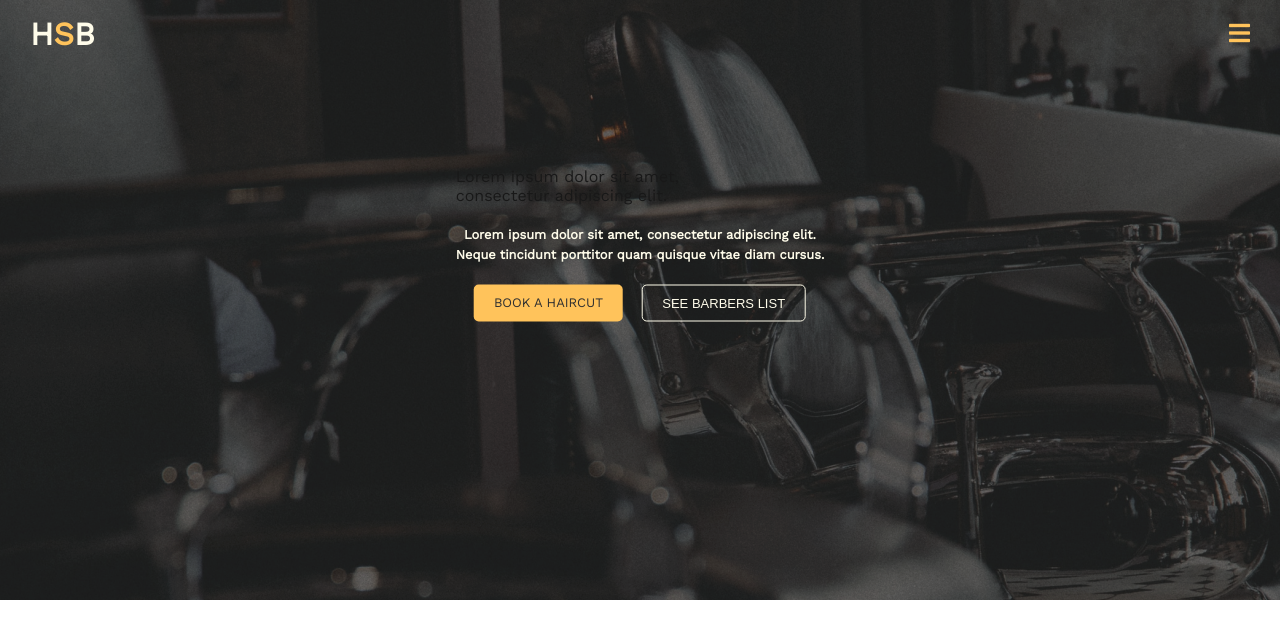
Repository: MainaMary/Barber-shop-demo
Page: /
The author's editor kept a copy of each file at every save. The page is drawn from the files as they stood at one save, then again after the next save.
The browser window is 1280 px wide. The pictures show the whole page.
The project was rebuilt for these pictures with package versions that can differ from the ones it lists, and the page was loaded fresh each time.

Above is the page before, as saved 2021-08-10 15:13:23.

After the next save:
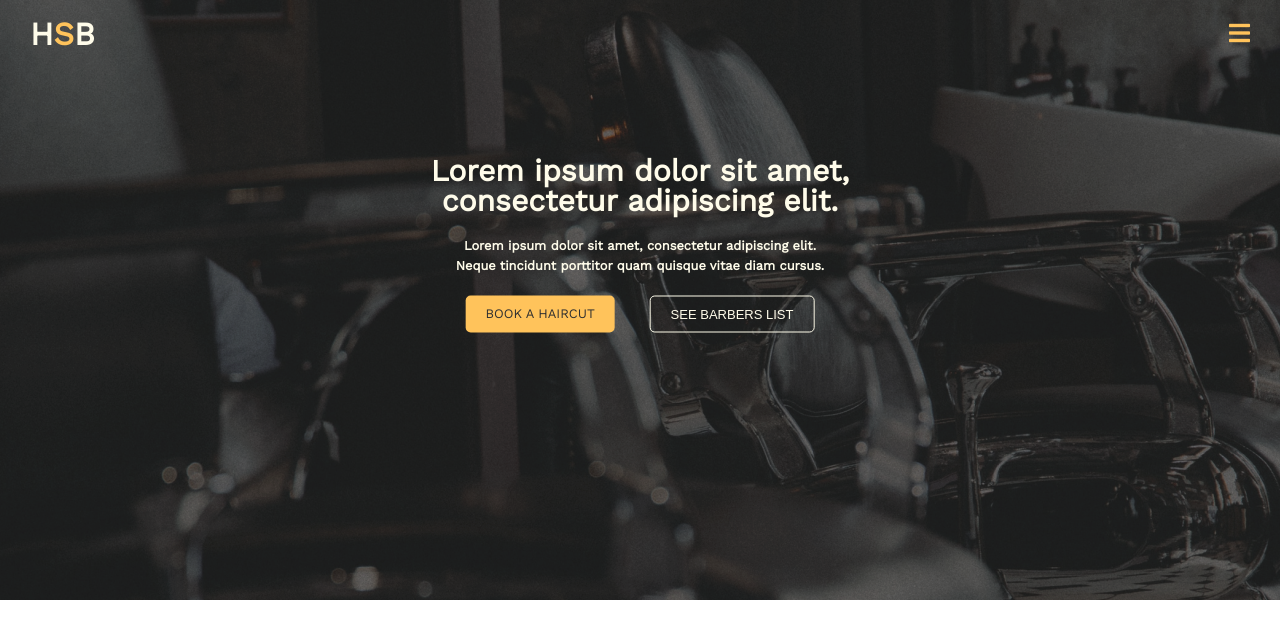
Saved 5 min 46 s later.
--- a/src/Components/Heading/Heading.js
+++ b/src/Components/Heading/Heading.js
@@ -4,11 +4,11 @@ import React from 'react'
 function Heading() {
     return (
         <div className="content__wrapper">
-           <div>
-           <div className="first__sec">
-                        <p/>
+            <div className='div'>
+                     <div className="first__sec">
+                        <p>
                             Lorem ipsum dolor sit amet, <br/> consectetur adipiscing elit.
-
+                        </p>
                     </div>
                     <div className="second__sec">
                         <p>
@@ -19,8 +19,13 @@ function Heading() {
                     <buton className="btn__book btn__content"> book a haircut</buton>
                    <button className="btn__list btn__content">See barbers list</button>
                 </div>
-           </div>
+            </div>
         </div>
+
+
+
+
+
 
     )
 }
